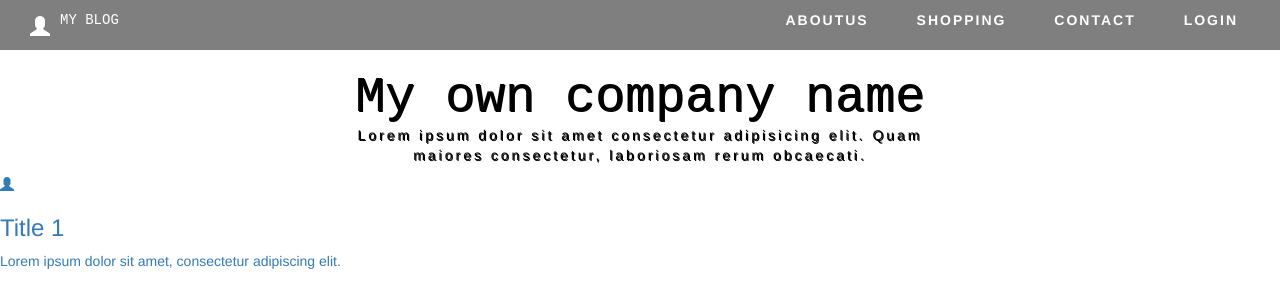
Repository: alikahwaji/HTML-CSS
Page: index.html
These files come from the project's save history. The page is drawn as it stood at one moment and after the next save; the edit follows.
The browser window is 1280 px wide. The pictures show the whole page.

Above is the page before, as saved 2019-10-07 14:48:42.

After the next save:
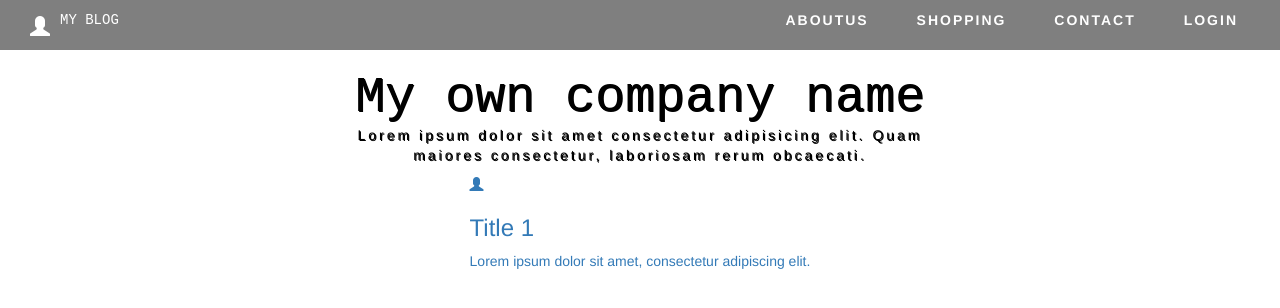
Saved 12 min 14 s later.
--- a/style.css
+++ b/style.css
@@ -62,3 +62,12 @@ nav li a:hover{
   letter-spacing: 3px;
   text-shadow: 1px 1px 0 black;
 }
+
+.container-boxes{
+  margin: 0 auto;
+  padding: 0;
+  display: flex;
+  justify-content: space-around;
+  align-items: flex-end;
+  max-width: 80vw;
+}
